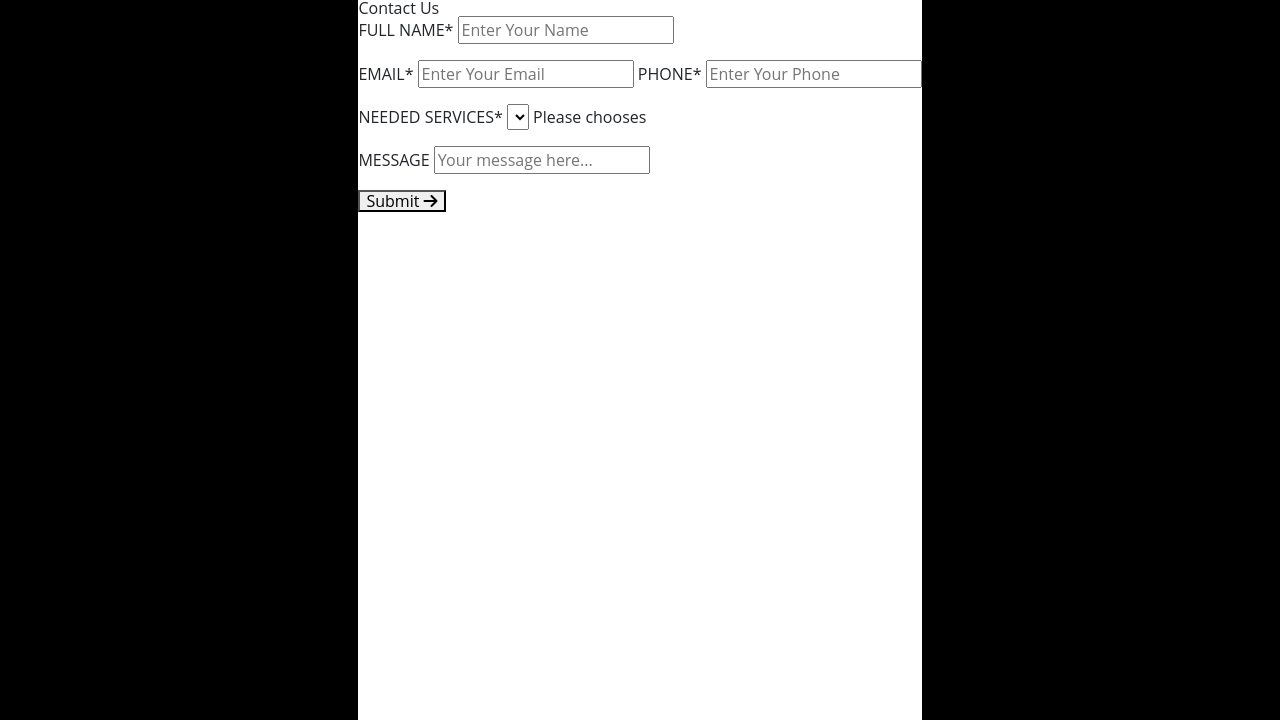
Repository: letrongtinh27/LapTrinhWeb
Page: form-contact/index.html
These files come from the project's save history. The page is drawn as it stood at one moment and after the next save; the edit follows.
The browser window is 1280 px wide. The pictures show the whole page.

Above is the page before, as saved 2022-10-09 11:11:42.

### form-contact/index.html
<!DOCTYPE html>
<html lang="en">
<head>
    <meta charset="UTF-8">
    <meta http-equiv="X-UA-Compatible" content="IE=edge">
    <meta name="viewport" content="width=device-width, initial-scale=1.0">
    <title>Form Contact Us</title>
    <link rel="stylesheet" href="https://cdn.jsdelivr.net/npm/bootstrap@4.3.1/dist/css/bootstrap.min.css" integrity="sha384-ggOyR0iXCbMQv3Xipma34MD+dH/1fQ784/j6cY/iJTQUOhcWr7x9JvoRxT2MZw1T" crossorigin="anonymous">
    <link rel="stylesheet" href="reset.css">
    <link rel="stylesheet" href="style.css">
    <link rel="stylesheet" href="https://cdnjs.cloudflare.com/ajax/libs/font-awesome/6.2.0/css/all.min.css" integrity="sha512-xh6O/CkQoPOWDdYTDqeRdPCVd1SpvCA9XXcUnZS2FmJNp1coAFzvtCN9BmamE+4aHK8yyUHUSCcJHgXloTyT2A==" crossorigin="anonymous" referrerpolicy="no-referrer" />
</head>
<body>
    <div class="contact">
        <h2 class="contact-title">Contact Us</h2>
        <form action="#" class="contact-form">
            <div class="form-group">
                <label for="">FULL NAME*</label>
                <input type="text" class="form-input" placeholder="Enter Your Name">
            </div>
            <div class="form-group">
                <label for="">EMAIL*</label>
                <input type="email" class="form-input" placeholder="Enter Your Email">
                <label for="">PHONE*</label>
                <input type="email" class="form-input" placeholder="Enter Your Phone">
            </div>
            <div class="form-group">
                <label for="">NEEDED SERVICES*</label>
                <select name="service" id="">
                </select>
                <span>Please chooses</span>
            </div>
            <div class="form-group">
                <label for="">MESSAGE</label>
                <input type="text" class="form-input" placeholder="Your message here...">
            </div>
            <div class="form-group">
                <button class="form-submit">Submit <i class="fa-solid fa-arrow-right"></i></button>
            </div>
        </form>
    </div>
    <script src="https://code.jquery.com/jquery-3.3.1.slim.min.js" integrity="sha384-q8i/X+965DzO0rT7abK41JStQIAqVgRVzpbzo5smXKp4YfRvH+8abtTE1Pi6jizo" crossorigin="anonymous"></script>
    <script src="https://cdn.jsdelivr.net/npm/popper.js@1.14.7/dist/umd/popper.min.js" integrity="sha384-UO2eT0CpHqdSJQ6hJty5KVphtPhzWj9WO1clHTMGa3JDZwrnQq4sF86dIHNDz0W1" crossorigin="anonymous"></script>
    <script src="https://cdn.jsdelivr.net/npm/bootstrap@4.3.1/dist/js/bootstrap.min.js" integrity="sha384-JjSmVgyd0p3pXB1rRibZUAYoIIy6OrQ6VrjIEaFf/nJGzIxFDsf4x0xIM+B07jRM" crossorigin="anonymous"></script>
</body>
</html>

### form-contact/style.css
body {
    font-family: 'Open Sans',sans-serif;
    width: 100%;
    height: 100vh;
    display: flex;
    align-items: stretch;
    justify-content: center;
    background: black;
}

.contact{
    background-color: white;
    display: block;
    margin: 0 auto;
}
.contact-title{

}
.contact-form{

}
.form-group{

}
.form-input{

}
.form-submit{

}
.fa-solid{

}
.fa-arrow-right{

}

Loaded but not shown: form-contact/reset.css (common file)

After the next save:
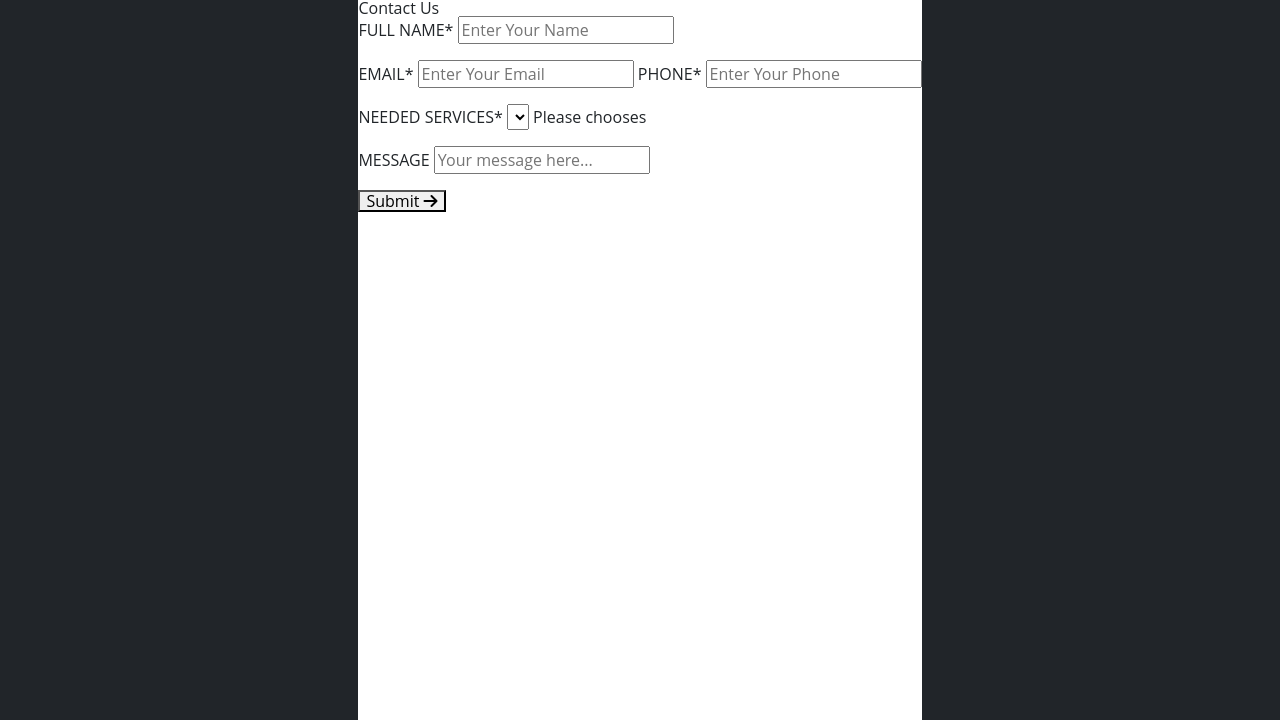
Saved 44 s later.
--- a/form-contact/style.css
+++ b/form-contact/style.css
@@ -5,7 +5,7 @@ body {
     display: flex;
     align-items: stretch;
     justify-content: center;
-    background: black;
+    background: #212529;
 }
 
 .contact{
